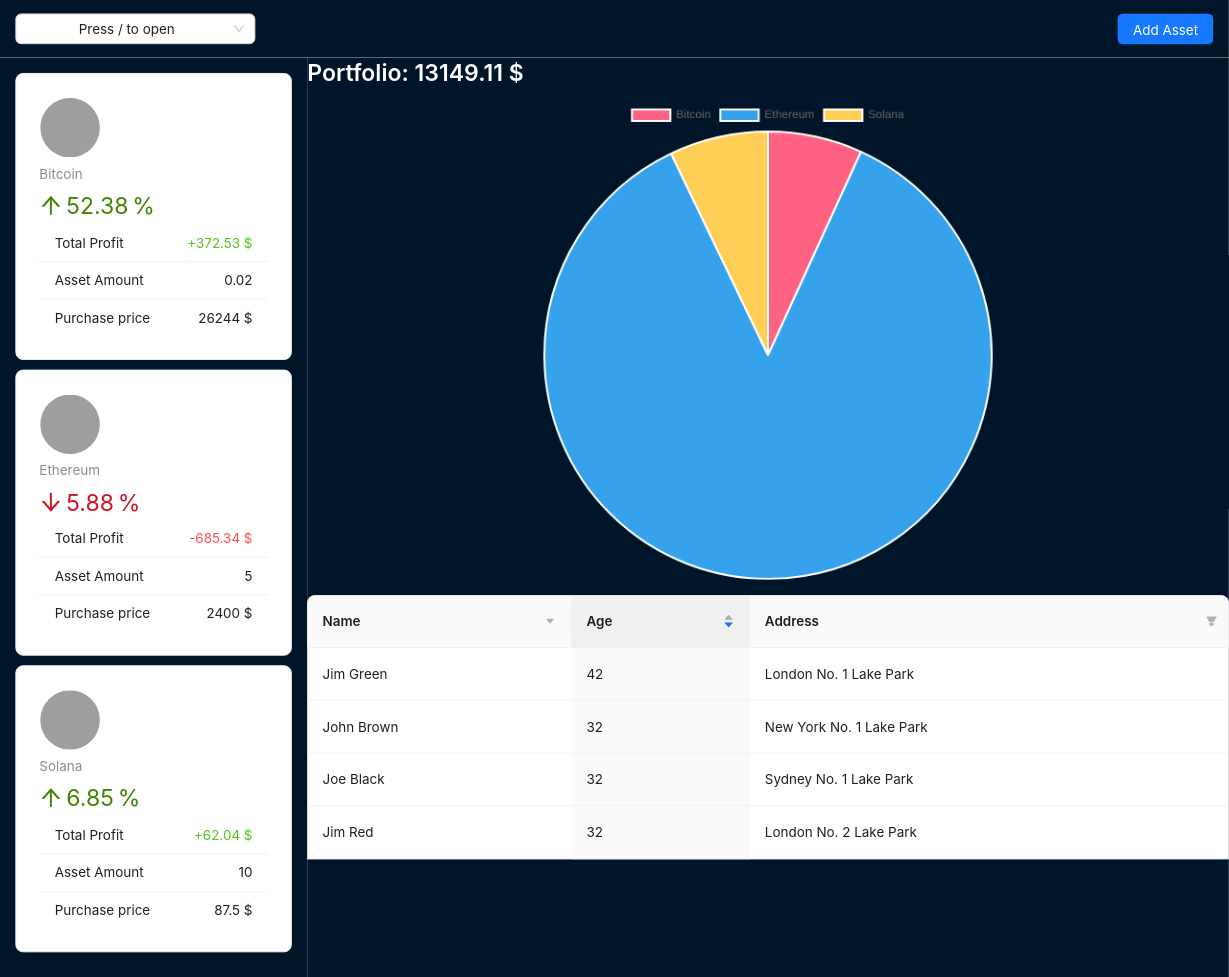
Repository: Vadia23/React-Crypto-App
Page: /
These files come from the project's save history. The page is drawn as it stood at one moment and after the next save; the edit follows.
The browser window is 1280 px wide. The pictures show the whole page, at 96% of full size.
Pictures or frames that could not be fetched are drawn as grey boxes. The project was rebuilt for these pictures with package versions that can differ from the ones it lists, and the page was loaded fresh each time. Also part of the build but not shown: vite.config.js, src/components/CoinInfo.jsx, src/components/CoinInfoModal.jsx, src/components/AddAssetForm.jsx, src/components/layout/AppConten.jsx.

Above is the page before, as saved 2024-02-28 17:42:12.

### src/App.jsx
import { Layout } from "antd";
import AppHeader from "./components/layout/AppHeader";
import AppSider from "./components/layout/AppSider";
import AppContent from "./components/layout/AppConten";
import { CryptoContextProvider } from "./context/cryptoContext";
import AppLayout from "./components/layout/AppLayout";

export default function App() {
  return (
    <CryptoContextProvider>
      <AppLayout />
    </CryptoContextProvider>
  );
}

### src/components/layout/AppHeader.jsx
import { Button, Layout, Modal, Select, Space, Drawer } from "antd";
import { useCrypto } from "../../context/cryptoContext";
import { useEffect, useState } from "react";
import CoinInfoModal from "../CoinInfoModal";
import AddAssetForm from "../AddAssetForm";

const headerStyle = {
  textAlign: "center",
  color: "#fff",
  height: 60,
  width: "100%",
  padding: "1rem",
  display: "flex",
  justifyContent: "space-between",
  alignItems: "center",
};

export default function AppHeader() {
  const [select, setSelect] = useState(false);
  const [modal, setModal] = useState(false);
  const [drawer, setDrawer] = useState(false);
  const [coin, setCoin] = useState(null);
  const { crypto } = useCrypto();

  function handleSelect(value) {
    setModal(true);
    setCoin(crypto.find((c) => c.id === value));
    // const coin = crypto.findIndex((coin) => coin.id === value);
    // setCoin(crypto[coin]);
  }

  useEffect(() => {
    const keypress = (event) => {
      if (event.key === "/") {
        setSelect((prev) => !prev);
      }
    };

    document.addEventListener("keypress", keypress);
    return () => document.removeEventListener("keypress", keypress);
  }, []);

  return (
    <Layout.Header style={headerStyle}>
      <Select
        open={select}
        // mode="multiple"
        style={{ width: 250 }}
        onClick={() => setSelect((prev) => !prev)}
        value={"Press / to open"}
        onSelect={handleSelect}
        // optionLabelProp="label"
        options={crypto.map((coin) => ({
          label: coin.name,
          value: coin.id,
          icon: coin.icon,
        }))}
        optionRender={(option) => (
          <Space>
            <img
              style={{ width: 20 }}
              src={option.data.icon}
              alt={option.data.label}
            />{" "}
            {option.data.label}
          </Space>
        )}
      />
      <Button type="primary" onClick={() => setDrawer(true)}>
        Add Asset
      </Button>

      <Modal
        open={modal}
        onCancel={() => {
          setModal(false), setCoin(null);
        }}
        footer={null}
      >
        <CoinInfoModal coin={coin} />
      </Modal>

      <Drawer
        width={"40%"}
        title="Add Asset"
        onClose={() => setDrawer(false)}
        open={drawer}
        destroyOnClose
      >
        <AddAssetForm onClose={() => setDrawer(false)} />
      </Drawer>
    </Layout.Header>
  );
}

### src/components/layout/AppSider.jsx
import { Avatar, Card, Layout, List, Statistic, Typography } from "antd";
import { ArrowDownOutlined, ArrowUpOutlined } from "@ant-design/icons";
import { useContext } from "react";
import { capitalize } from "../../utils";
import CryptoContext from "../../context/cryptoContext";

export default function AppSider() {
  const { assets } = useContext(CryptoContext);

  return (
    <Layout.Sider width="25%" style={{ padding: "1rem" }}>
      {assets.map((asset, i) => (
        <Card key={i} style={{ marginBottom: "10px" }}>
          <Avatar size={64} src={asset.icon} style={{ marginBottom: "5px" }} />
          <Statistic
            title={capitalize(asset.id)}
            value={asset.growPercent}
            precision={2}
            valueStyle={{ color: asset.grow ? "#3f8600" : "#cf1322" }}
            prefix={asset.grow ? <ArrowUpOutlined /> : <ArrowDownOutlined />}
            suffix="%"
          />
          <List
            size="small"
            dataSource={[
              {
                title: "Total Profit",
                value: (
                  <Typography.Text type={asset.grow ? "success" : "danger"}>
                    {asset.grow
                      ? "+" + asset.totalProfit + " $"
                      : asset.totalProfit + " $"}
                  </Typography.Text>
                ),
              },
              { title: "Asset Amount", value: asset.amount },
              { title: "Purchase price", value: asset.price + " $" },
            ]}
            renderItem={(item) => (
              <List.Item>
                <span>{item.title}</span>
                {}
                <span>{item.value}</span>
              </List.Item>
            )}
          />
        </Card>
      ))}
    </Layout.Sider>
  );
}

### src/context/cryptoContext.jsx
import { createContext, useContext, useEffect, useState } from "react";
import { fakeFetchCrypto, fetchAssets } from "../api";
import { percentDifference } from "../utils";

const CryptoContext = createContext({
  assets: [],
  crypto: [],
  isLoading: false,
});

export function CryptoContextProvider({ children }) {
  const [isLoading, setIsLoading] = useState(false);
  const [crypto, setCrypto] = useState([]);
  const [assets, setAssets] = useState([]);

  function mapAssets(assets, result) {
    return assets.map((asset) => {
      const coin = result.find((c) => c.id === asset.id);
      return {
        grow: asset.price < coin.price, // boolean for color of statistic
        growPercent: percentDifference(asset.price, coin.price),
        totalAmount: asset.amount * coin.price,
        totalProfit: +(
          asset.amount * coin.price -
          asset.amount * asset.price
        ).toFixed(2),
        name: coin.name,
        icon: coin.icon,
        ...asset,
      };
    });
  }

  useEffect(() => {
    async function preload() {
      setIsLoading(true);
      const { result } = await fakeFetchCrypto();
      const assets = await fetchAssets();

      setCrypto(result);
      setAssets(mapAssets(assets, result));
      setIsLoading(false);
    }
    preload();
  }, []);

  function addAsset(newAsset) {
    return setAssets((prev) => mapAssets([...prev, newAsset], crypto));
  }

  return (
    <CryptoContext.Provider value={{ isLoading, crypto, assets, addAsset }}>
      {children}
    </CryptoContext.Provider>
  );
}

export default CryptoContext;

export function useCrypto() {
  return useContext(CryptoContext);
}

### src/components/layout/AppLayout.jsx
import { Layout, Spin } from "antd";
import AppHeader from "./AppHeader";
import AppSider from "./AppSider";
import AppContent from "./AppContent";
import { useContext } from "react";
import CryptoContext from "../../context/cryptoContext";

export default function AppLayout() {
  const { isLoading } = useContext(CryptoContext);

  if (isLoading) {
    return <Spin spinning={isLoading} fullscreen />;
  }

  return (
    <Layout>
      <AppHeader />
      <Layout>
        <AppSider />
        <AppContent />
      </Layout>
    </Layout>
  );
}

### src/utils.js
export function percentDifference(a, b) {
  return +(100 * Math.abs((a - b) / ((a + b) / 2))).toFixed(2);
}

export function capitalize(str) {
  return str.charAt(0).toUpperCase() + str.substr(1);
}

### src/api.js
import { cryptoAssets, cryptoData } from "./data";

export function fakeFetchCrypto() {
  return new Promise((resolve) => {
    setTimeout(() => {
      resolve(cryptoData);
    }, 1);
  });
}
export function fetchAssets() {
  return new Promise((resolve) => {
    setTimeout(() => {
      resolve(cryptoAssets);
    }, 1);
  });
}

### src/components/layout/AppContent.jsx
import { Layout, Typography } from "antd";
import { useCrypto } from "../../context/cryptoContext";
import PortfolioChart from "../PortfolioChart";
import AssetsTable from "../AssetsTable";

const contentStyle = {
  textAlign: "center",
  minHeight: "calc(100vh - 60px)",
  color: "#fff",
  backgroundColor: "#001529",
};

export default function AppContent() {
  const { assets, crypto } = useCrypto();
  const cryptoPriceMap = crypto.reduce((acc, c) => {
    acc[c.id] = c.price;
    return acc;
  }, {});

  return (
    <Layout.Content style={contentStyle}>
      <Typography.Title level={3} style={{ color: "#fff", textAlign: "left" }}>
        Portfolio:{" "}
        {assets
          .map((asset) => {
            // const coin = crypto.find((c) => c.id === asset.id);
            // return asset.amount * coin.price;
            return asset.amount * cryptoPriceMap[asset.id];
          })
          .reduce((acc, v) => acc + v, 0)
          .toFixed(2)}{" "}
        $
      </Typography.Title>
      <PortfolioChart />
      <AssetsTable />
    </Layout.Content>
  );
}

### src/components/PortfolioChart.jsx
import { Chart as ChartJS, ArcElement, Tooltip, Legend } from "chart.js";
import { Pie } from "react-chartjs-2";
import { useCrypto } from "../context/cryptoContext";

ChartJS.register(ArcElement, Tooltip, Legend);

export default function PortfolioChart() {
  const { assets } = useCrypto();

  const data = {
    labels: assets.map((a) => a.name),
    datasets: [
      {
        label: "$",
        data: assets.map((a) => a.totalAmount),
        backgroundColor: [
          "rgba(255, 99, 132, 1)",
          "rgba(54, 162, 235, 1)",
          "rgba(255, 206, 86, 1)",
          "rgba(75, 192, 192, 1)",
          "rgba(153, 102, 255, 1)",
          "rgba(255, 159, 64, 1)",
        ],
      },
    ],
  };

  return (
    <div
      style={{
        display: "flex",
        marginBottom: "1rem",
        justifyContent: "center",
        height: 500,
      }}
    >
      <Pie data={data} />
    </div>
  );
}

### src/components/AssetsTable.jsx
import { Table } from "antd";
import { useCrypto } from "../context/cryptoContext";
const columns = [
  {
    title: "Name",
    dataIndex: "name",
    // filters: [
    //   {
    //     text: "Joe",
    //     value: "Joe",
    //   },
    //   {
    //     text: "Jim",
    //     value: "Jim",
    //   },
    //   {
    //     text: "Submenu",
    //     value: "Submenu",
    //     children: [
    //       {
    //         text: "Green",
    //         value: "Green",
    //       },
    //       {
    //         text: "Black",
    //         value: "Black",
    //       },
    //     ],
    //   },
    // ],
    // specify the condition of filtering result
    // here is that finding the name started with `value`
    // onFilter: (value, record) => record.name.indexOf(value) === 0,
    sorter: (a, b) => a.name.length - b.name.length,
    sortDirections: ["descend"],
  },
  {
    title: "Age",
    dataIndex: "age",
    defaultSortOrder: "descend",
    sorter: (a, b) => a.age - b.age,
  },
  {
    title: "Address",
    dataIndex: "address",
    filters: [
      {
        text: "London",
        value: "London",
      },
      {
        text: "New York",
        value: "New York",
      },
    ],
    onFilter: (value, record) => record.address.indexOf(value) === 0,
  },
];
const data = [
  {
    key: "1",
    name: "John Brown",
    age: 32,
    address: "New York No. 1 Lake Park",
  },
  {
    key: "2",
    name: "Jim Green",
    age: 42,
    address: "London No. 1 Lake Park",
  },
  {
    key: "3",
    name: "Joe Black",
    age: 32,
    address: "Sydney No. 1 Lake Park",
  },
  {
    key: "4",
    name: "Jim Red",
    age: 32,
    address: "London No. 2 Lake Park",
  },
];

export default function AssetsTable() {
  const {} = useCrypto();

  const onChange = (pagination, filters, sorter, extra) => {
    console.log("params", pagination, filters, sorter, extra);
  };
  return (
    <Table
      pagination={false}
      columns={columns}
      dataSource={data}
      onChange={onChange}
    />
  );
}

Loaded but not shown: index.html (common file); src/main.jsx (common file); src/index.css (common file); src/data.js (631 lines, source omitted)

After the next save:
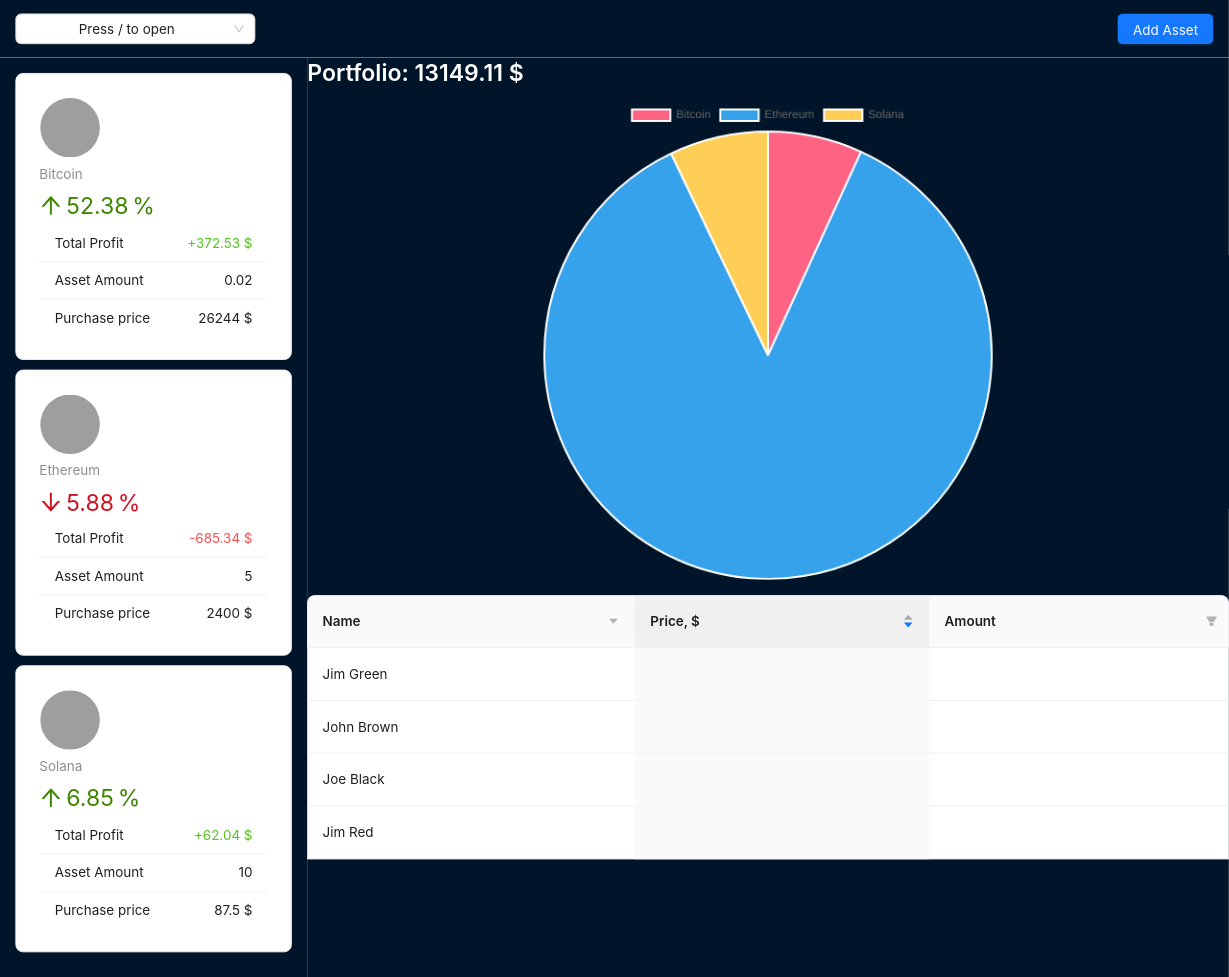
Saved 58 s later.
--- a/src/components/AssetsTable.jsx
+++ b/src/components/AssetsTable.jsx
@@ -35,14 +35,14 @@
     sortDirections: ["descend"],
   },
   {
-    title: "Age",
-    dataIndex: "age",
+    title: "Price, $",
+    dataIndex: "price",
     defaultSortOrder: "descend",
     sorter: (a, b) => a.age - b.age,
   },
   {
-    title: "Address",
-    dataIndex: "address",
+    title: "Amount",
+    dataIndex: "amount",
     filters: [
       {
         text: "London",
